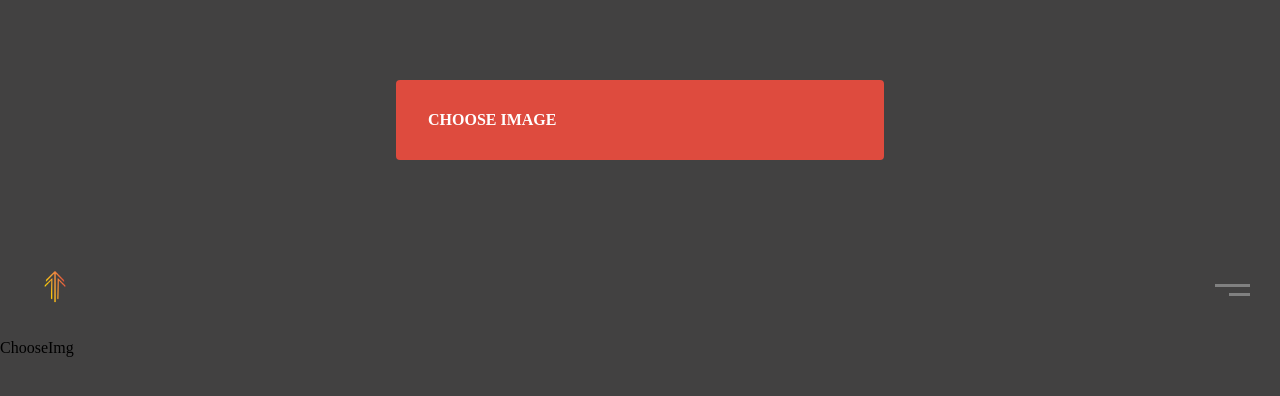
Repository: fdhhhdjd/React-Witth-Framer-Motion
Page: /
The author's editor kept a copy of each file at every save. The page is drawn from the files as they stood at one save, then again after the next save.
The browser window is 1280 px wide. The pictures show the whole page.
The project was rebuilt for these pictures with package versions that can differ from the ones it lists, and the page was loaded fresh each time. Also part of the build but not shown: src/App.css.

Above is the page before, as saved 2021-10-11 20:51:24.

### src/index.css
body {
  margin: 0;
  font-family: -apple-system, BlinkMacSystemFont, 'Segoe UI', 'Roboto', 'Oxygen',
    'Ubuntu', 'Cantarell', 'Fira Sans', 'Droid Sans', 'Helvetica Neue',
    sans-serif;
  -webkit-font-smoothing: antialiased;
  -moz-osx-font-smoothing: grayscale;
  background-color: rgb(66, 65, 65);
}

code {
  font-family: source-code-pro, Menlo, Monaco, Consolas, 'Courier New',
    monospace;
}

### src/App.js
import logo from "./logo.svg";
import "./App.css";
import { Switch, BrowserRouter, Route } from "react-router-dom";
import { Dropdown, ChooseImg } from "./Import/Index";
function App() {
  return (
    <BrowserRouter>
      <Dropdown />
      <Switch>
        <Route exact path="/" component={ChooseImg} />
      </Switch>
    </BrowserRouter>
  );
}

export default App;

### src/Import/Index.js
export { default as Dropdown } from "../Page/Dropdown/Dropdown";
export { default as ChooseImg } from "../Component/ChooseImg/ChooseImg";

### src/Page/Dropdown/Dropdown.js
import React, { useState, useEffect } from "react";
import "./Dropdown.css";
import "./reset.css";
import {
  useRouteMatch,
  Link,
  Switch,
  Route,
  useLocation,
} from "react-router-dom";
const Dropdown = () => {
  const [select, setSelect] = useState("Choose Item 😉 ");
  const location = useLocation();
  useEffect(() => {
    if (location.pathname === "/") {
      setSelect("Choose Image");
    } else if (location.pathname === "/tow") {
      setSelect("Tow");
    }
  }, [location]);
  const option = [
    {
      id: 1,
      name: "Choose Img",
      path: "/",
    },
    {
      id: 2,
      name: "Tow",
      path: "/tow",
    },
  ];
  return (
    <div class="dropdown">
      <div class="dropdown__select">
        <span class="dropdown__selected">{select}</span>
        <i class="fa fa-caret-down dropdown__caret"></i>
      </div>
      <ul class="dropdown__list">
        {option.map((item) => {
          return (
            <>
              <Link to={`${item.path}`} className="dropdown__item">
                <span class="dropdown__text">{item.name}</span>
              </Link>
            </>
          );
        })}
      </ul>
    </div>
  );
};

export default Dropdown;

### src/Component/ChooseImg/ChooseImg.js
import React from "react";
import { AnimatePresence } from "framer-motion";
import { Route, Switch, useLocation } from "react-router-dom";
import Navigator from "../../Component/Navigator/Navigator";
import "./ChooseImg.css";
const ChooseImg = () => {
  return (
    <div>
      <Navigator />
      <h1>ChooseImg</h1>
    </div>
  );
};

export default ChooseImg;

### src/Page/Dropdown/Dropdown.css
html {
    font-size: 62.5%;
    font-family: "Poppins", sans-serif;
  }
  * {
    box-sizing: border-box;
  }
  :root {
    --primary: #de4b3e;
    --secondary: #c74237;
  }
  .dropdown {
    width: 100%;
    max-width: 30.5rem;
    margin: 5rem auto;
    position: relative;
    color: white;
    text-transform: uppercase;
    font-size: 1rem;
    font-weight: bold;
    border-radius: 4px;
  }
  .dropdown__select {
    border-radius: inherit;
  }
  .dropdown__list {
    margin-top: 2.5rem;
    position: absolute;
    top: 100%;
    left: 0;
    right: 0;
    display: none;
  }
  .dropdown__list:before {
    content: "";
    height: 2.5rem;
    position: absolute;
    left: 0;
    right: 0;
    background-color: transparent;
    transform: translateY(-100%);
  }
  .dropdown:hover .dropdown__list {
    display: block;
  }
  .dropdown__select,
  .dropdown__item {
    width: 100%;
    padding: 2rem;
    background-color: var(--primary);
    display: flex;
    align-items: center;
    justify-content: space-between;
    cursor: pointer;
  }
  .dropdown__item {
    transition: background-color 0.2s linear;
  }
  .dropdown__item:first-child {
    border-radius: 4px 4px 0 0;
    position: relative;
  }
  .dropdown__item:first-child:before {
    content: "";
    position: absolute;
    top: 0;
    left: 3rem;
    border-left: 10px solid transparent;
    border-right: 10px solid transparent;
    border-bottom: 10px solid var(--primary);
    transform: translateY(-100%);
    transition: border-color 0.2s linear;
  }
  .dropdown__item:first-child:hover:before {
    border-bottom-color: var(--secondary);
  }
  .dropdown__item:last-child {
    border-radius: 0 0 4px 4px;
  }
  .dropdown__item:hover {
    background-color: var(--secondary);
  }

### src/Page/Dropdown/reset.css

html,
body,
div,
span,
applet,
object,
iframe,
h1,
h2,
h3,
h4,
h5,
h6,
p,
blockquote,
pre,
a,
abbr,
acronym,
address,
big,
cite,
code,
del,
dfn,
em,
img,
ins,
kbd,
q,
s,
samp,
small,
strike,
strong,
sub,
sup,
tt,
var,
b,
u,
i,
center,
dl,
dt,
dd,
ol,
ul,
li,
fieldset,
form,
label,
legend,
table,
caption,
tbody,
tfoot,
thead,
tr,
th,
td,
article,
aside,
canvas,
details,
embed,
figure,
figcaption,
footer,
header,
hgroup,
menu,
nav,
output,
ruby,
section,
summary,
time,
mark,
audio,
video {
  margin: 0;
  padding: 0;
  border: 0;
  font-size: 100%;
  font: inherit;
  vertical-align: baseline;
}
/* HTML5 display-role reset for older browsers */
article,
aside,
details,
figcaption,
figure,
footer,
header,
hgroup,
menu,
nav,
section {
  display: block;
}
body {
  line-height: 1;
}
ol,
ul {
  list-style: none;
}
blockquote,
q {
  quotes: none;
}
blockquote:before,
blockquote:after,
q:before,
q:after {
  content: "";
  content: none;
}
table {
  border-collapse: collapse;
  border-spacing: 0;
}

### src/Component/Navigator/Navigator.js
import React from "react";

const Navigator = () => {
  return (
    <div className="navigationBar">
      <div className="logo">
        <img className="logoImage" src="../images/logos/logo.png" alt="" />
      </div>
      <div className="dropdownMenu">
        <div className="dropdownIcon">
          {/* <div className="bar first"></div> */}
          <div className="bar  second"></div>
          <div className="bar third"></div>
        </div>
      </div>
    </div>
  );
};

export default Navigator;

### src/Component/ChooseImg/ChooseImg.css
@import url("https://fonts.googleapis.com/css2?family=Archivo:ital,wght@0,100;0,200;0,300;0,400;0,500;0,600;0,700;0,800;0,900;1,100;1,200;1,300;1,400;1,500;1,600;1,700;1,800;1,900&display=swap");
* {
  padding: 0;
  margin: 0;
  box-sizing: border-box;
}

/* navigation bar */

.navigationBar {
  display: flex;
  justify-content: space-between;
  height: 100px;
  align-items: center;
}

.logoImage {
  width: 50px;
  margin: 15px 30px;
}
.dropdownIcon {
  display: flex;
  flex-direction: column;
  justify-content: space-between;
  width: 35px;
  height: 12px;
  margin: 0 30px;
}
.dropdownIcon .bar {
  background-color: gray;
  height: 3px;
  width: 100%;
}
.dropdownIcon .third {
  width: 60%;
  margin-left: 40%;
}

/* grid*/
.carsContainer {
  min-height: 100vh;
  text-align: center;
  margin-top: 1px;
  display: block;
}
.carsContainer h3 {
  font-family: "Archivo", sans-serif;
  font-size: 25px;
  color: gray;
  opacity: 0;
}

.cars {
  display: grid;
  grid-template-columns: repeat(3, 1fr);
  grid-column-gap: 20px;
  grid-row-gap: 20px;
  padding: 10px 120px;
}
.card {
  background: rgb(238, 238, 238);
  height: 200px;
  align-items: center;
  text-align: center;
  opacity: 0;
}
.card img {
  width: 90%;
  max-height: 75%;
  margin-top: 10%;
}

/* single product page */
.carcontainer {
  overflow: hidden;
  margin-top: -100px;
  min-height: 120vh;
}
.car {
  padding-top: 100px;
  min-height: 120vh;
  background: linear-gradient(to right, #fff 65%, tomato 30%);
  opacity: 0;
}
.car .navigateBack {
  font-size: 50px;
  color: tomato;
  cursor: pointer;
  margin-left: 30px;
  width: 0;
}
.imageAndText {
  display: flex;
  margin-top: -10px;
  justify-content: space-between;
}
.imageAndText img {
  width: 60vw;
  margin-left: 15%;
}
.carText {
  margin-right: 40px;
  font-family: -apple-system, BlinkMacSystemFont, "Segoe UI", Roboto, Oxygen,
    Ubuntu, Cantarell, "Open Sans", "Helvetica Neue", sans-serif;
}
.carText h3 {
  font-size: 30px;
  letter-spacing: 5px;
  color: #fff;
  margin-bottom: 40px;
  width: 300px;
}
.carText p {
  color: #fff;
  width: 300px;
  line-height: 20px;
  font-family: "Archivo", sans-serif;
}

Loaded but not shown: public/index.html (common file); src/index.js (common file); src/reportWebVitals.js (common file)

After the next save:
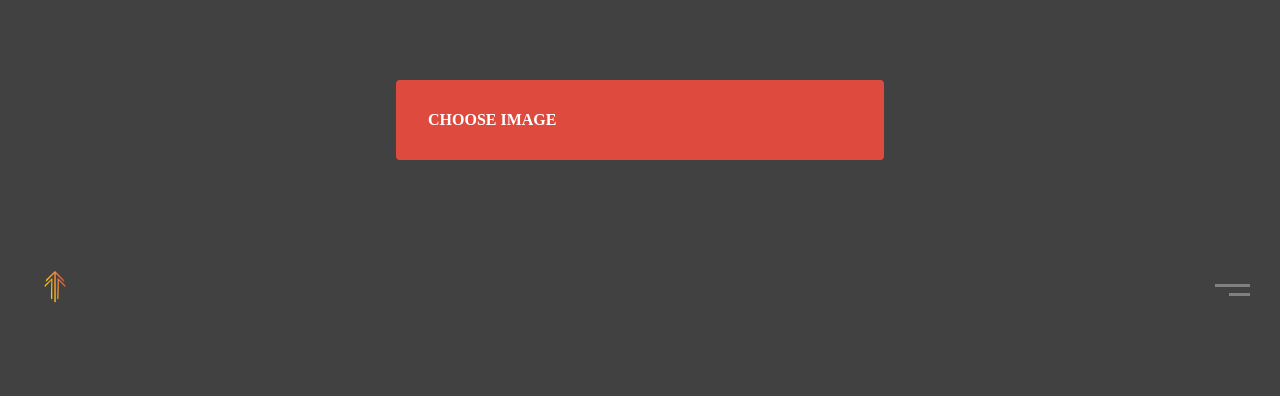
Saved 15 s later.
--- a/src/Component/ChooseImg/ChooseImg.js
+++ b/src/Component/ChooseImg/ChooseImg.js
@@ -7,7 +7,6 @@ const ChooseImg = () => {
   return (
     <div>
       <Navigator />
-      <h1>ChooseImg</h1>
     </div>
   );
 };
